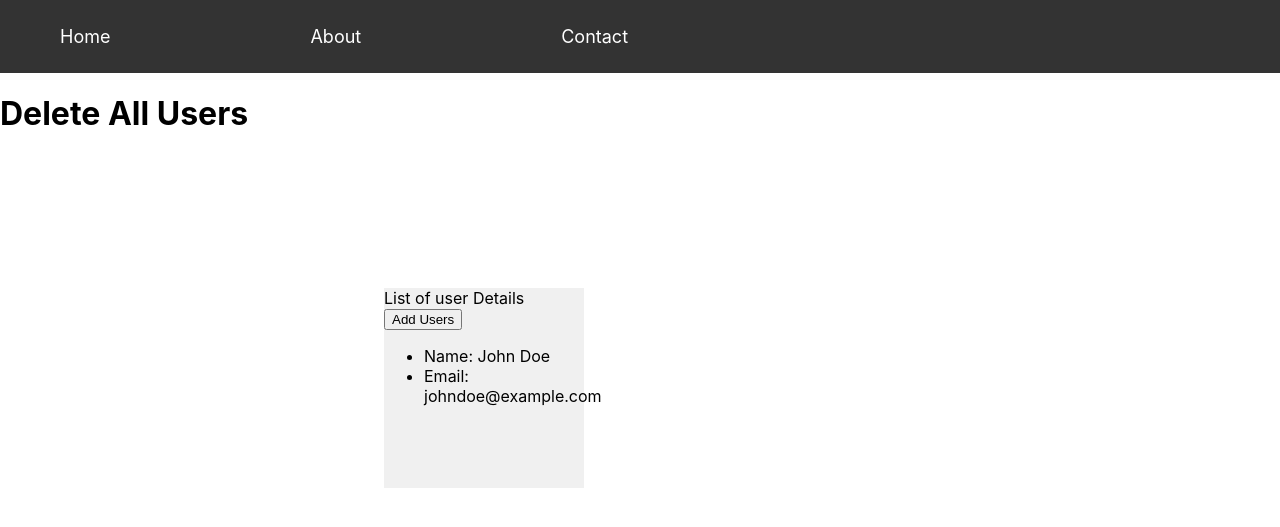
Repository: Gulzarokz/React_Course_Review
Page: / (app in reduxtoolkit/)
An editor plug-in stored every save of this project. The page is shown before and after the next save, followed by the edit.
The browser window is 1280 px wide. The pictures show the whole page.
The project was rebuilt for these pictures with package versions that can differ from the ones it lists, and the page was loaded fresh each time. Also part of the build but not shown: reduxtoolkit/src/App.css.

Above is the page before, as saved 2026-05-15 10:23:45.

### reduxtoolkit/src/App.js
import logo from './logo.svg';
import './App.css';
import Navbar from './components/Navbar';

function App() {
  return (
    <>
      <Navbar />
    </>
  );
}

export default App;

### reduxtoolkit/src/components/Navbar.jsx
import React from 'react'
import './navbar.css'
import UserDetails from './UserDetails'

const Navbar = () => {
    return (
        <>
            <div className="navbar">
                <ul className="navbar-list">
                    <li>Home</li>
                    <li>About</li>
                    <li>Contact</li>
                </ul>
            </div>
            <UserDetails />
        </>
    )
}

export default Navbar

### reduxtoolkit/src/components/navbar.css
.navbar {
    display: flex;
    justify-content: space-between;
    align-items: center;
    padding: 10px 20px;
    background-color: #333;
    color: white;
}

.navbar-list {
    display: flex;
    list-style: none;
    align-items: center;
    gap: 200px;
}

.navbar-list li {
    cursor: pointer;
    font-size: 18px;
    background-color: transparent;
    border: none;
    color: white;
}

.content {
    width: 200px;
    height: 200px;
    background-color: #f0f0f0;
    position: absolute;
    top: 40%;
    left: 30%;
    /* transform: translate(-50%, -50%); */

}

### reduxtoolkit/src/components/UserDetails.jsx
import React from 'react'
import './navbar.css'
import DeleteALLUser from './DeleteALLUser'

const UserDetails = () => {
    return (
        <>
            <div className="content">
                <div className="user-details">
                    <div className="Heading">List of user Details</div>
                    <button className="">Add Users</button>
                </div>
                <ul>
                    <li>Name: John Doe</li>
                    <li>Email: johndoe@example.com</li>
                </ul>

            </div>
            <DeleteALLUser />
        </>
    )
}

export default UserDetails

### reduxtoolkit/src/components/DeleteALLUser.jsx
import React from 'react'

const DeleteALLUser = () => {
    return (
        <>
            <h1>Delete All Users</h1>
        </>
    )
}

export default DeleteALLUser

Loaded but not shown: reduxtoolkit/public/index.html (common file); reduxtoolkit/src/index.js (common file); reduxtoolkit/src/index.css (common file); reduxtoolkit/src/reportWebVitals.js (common file)

After the next save:
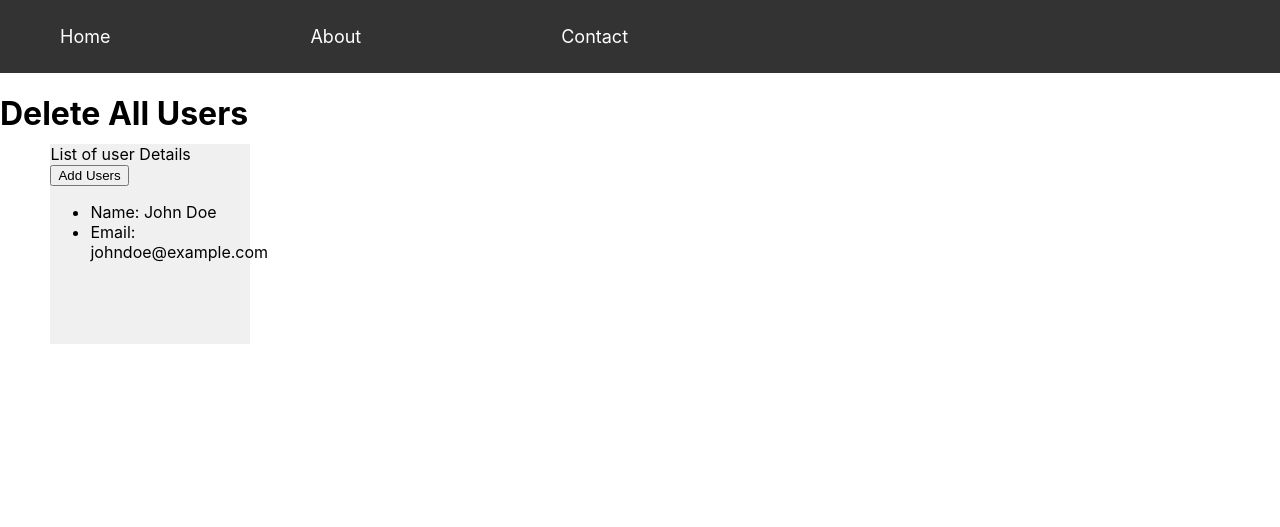
Saved 18 s later.
--- a/reduxtoolkit/src/components/navbar.css
+++ b/reduxtoolkit/src/components/navbar.css
@@ -27,8 +27,8 @@
     height: 200px;
     background-color: #f0f0f0;
     position: absolute;
-    top: 40%;
-    left: 30%;
+    top: 20%;
+    left: 5ch;
     /* transform: translate(-50%, -50%); */
 
 }
